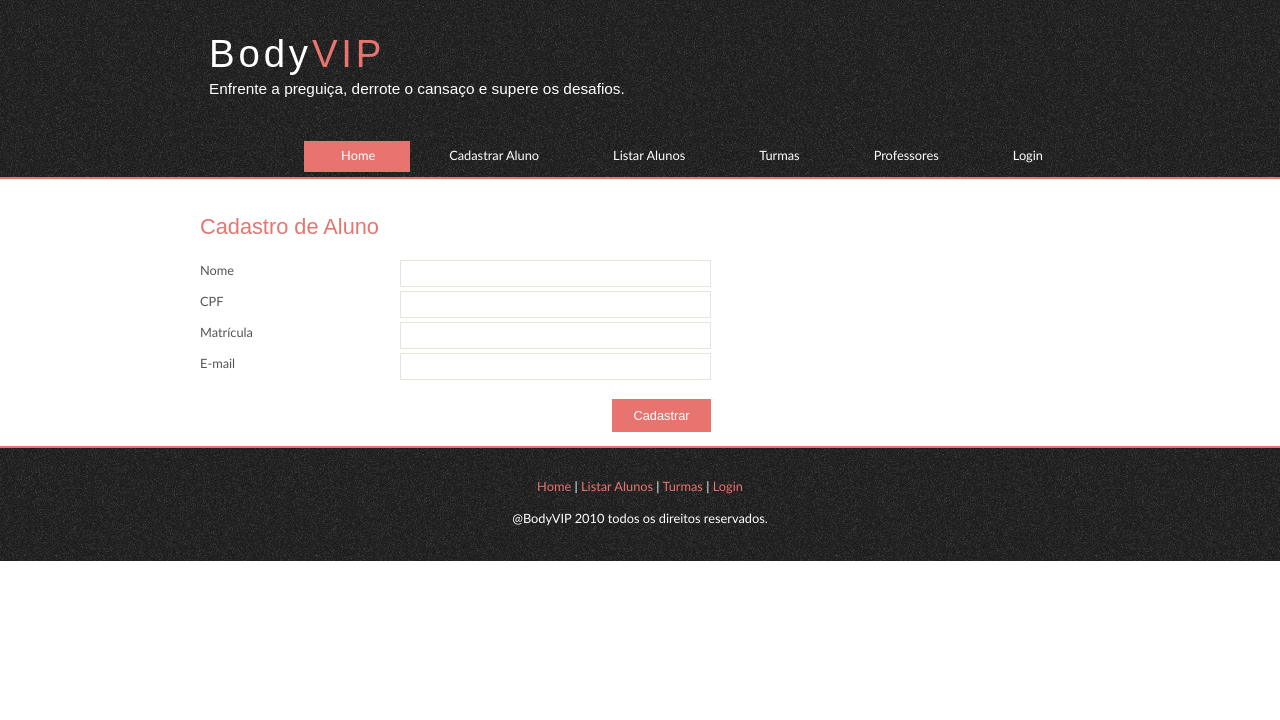
Repository: Thais-Ferreira/Projeto_bodyVIP
Page: http://localhost/BodyVIP/AlunoController?acao=cadastro
An editor plug-in stored every save of this project. The page is shown before and after the next save, followed by the edit.
The browser window is 1280 px wide. The pictures show the whole page.
The page is served by Tomcat 9. Other server files are loaded and not shown.

Above is the page before, as saved 2017-06-19 00:37:18.

### BodyVIP/WebContent/cadastro.jsp
<%@ page language="java" contentType="text/html; charset=ISO-8859-1"
    pageEncoding="ISO-8859-1"%>
<!DOCTYPE html PUBLIC "-//W3C//DTD HTML 4.01 Transitional//EN" "http://www.w3.org/TR/html4/loose.dtd">
<html>
<head>
	<meta http-equiv="Content-Type" content="text/html; charset=ISO-8859-1">
	<link rel="stylesheet" type="text/css" href="css/style.css" />
	<title>Cadastro</title>
</head>
<body>
	<div id="main">
    <div id="header">
      <div id="logo">
        <div id="logo_text">
          <!-- class="logo_colour", allows you to change the colour of the text -->
          <h1><a href="index.html">Body<span class="logo_colour">VIP</span></a></h1>
          <h2>Enfrente a preguiça, derrote o cansaço e supere os desafios.</h2>
        </div>
      </div>
      <div id="menubar">
        <ul id="menu">
          <!-- put class="selected" in the li tag for the selected page - to highlight which page you're on -->
          <li class="selected"><a href="home.jsp">Home</a></li>
          <li><a href="AlunoController?acao=cadastro">Cadastrar Aluno</a></li>
          <li><a href="AlunoController?acao=buscaLista">Listar Alunos</a></li>
          <li><a href="page.html">Turmas</a></li>
          <li><a href="another_page.html">Professores</a></li>
          <li><a href="contact.html">Login</a></li>
        </ul>
      </div>
    </div>
    <div id="content_header"></div>
    <div id="site_content">
    <h1>Cadastro de Aluno</h1>
    <div class="form_settings">
    	<form action="SalvoCadastro.jsp" method="post">
            <p><span>Nome</span><input class="contact" type="text" name="nome"/></p>
            <p><span>CPF</span><input class="contact" type="text" name="cpf"/></p>
            <p><span>Matrícula</span><input class="contact" type="text" name="matricula"/></p>
            <p><span>E-mail</span><input class="contact" type="text" name="email"/></p>
            <p style="padding-top: 15px"><span>&nbsp;</span><input class="submit" type="submit" name="enviar" value="Cadastrar" /></p>
         </form>
    </div>
    </div>
    <div id="content_footer"></div>
    <div id="footer">
      <p><a href="home.jsp">Home</a> | <a href="AlunoController?acao=buscaLista">Listar Alunos</a> | <a href="another_page.html">Turmas</a> | <a href="contact.html">Login</a></p>
      <p>@BodyVIP 2010 todos os direitos reservados.</p>
    </div>
    </div>
</body>
</html>

### BodyVIP/src/br/com/body/controller/AlunoController.java
package br.com.body.controller;

import java.io.IOException;
import java.io.PrintWriter;
import java.util.List;

import javax.servlet.RequestDispatcher;
import javax.servlet.ServletException;
import javax.servlet.annotation.WebServlet;
import javax.servlet.http.HttpServlet;
import javax.servlet.http.HttpServletRequest;
import javax.servlet.http.HttpServletResponse;

import br.com.body.entidade.Aluno;
import br.com.body.jdbc.AlunoDAO;

/**
 * Servlet implementation class AlunoController
 */
@WebServlet("/AlunoController")
public class AlunoController extends HttpServlet {
	private static final long serialVersionUID = 1L;

    /**
     * @see HttpServlet#HttpServlet()
     */
    public AlunoController() {
        super();
        // TODO Auto-generated constructor stub
    }

	/**
	 * @see HttpServlet#doGet(HttpServletRequest request, HttpServletResponse response)
	 */
	protected void doGet(HttpServletRequest request, HttpServletResponse response) throws ServletException, IOException {

		Aluno aluno = new Aluno();
		String acao = request.getParameter("acao");
		AlunoDAO alunoDAO = new AlunoDAO();

		if(acao != null && acao.equals("buscaLista")) {
			List<Aluno> listaAlunos = alunoDAO.buscaListaAlunos(aluno);

			request.setAttribute("listaAlunos", listaAlunos);
			RequestDispatcher destino = request.getRequestDispatcher("listaAlunos.jsp");
			destino.forward(request, response);

		} else if(acao != null && acao.equals("deletaCadastro")) {
			String matricula = request.getParameter("matricula");
			aluno.setMatricula(matricula);
			alunoDAO.deletaCadastroAluno(aluno);

			response.sendRedirect("AlunoController?acao=buscaLista");

		} else if(acao != null && acao.endsWith("alteraCadastro")) {
			String matricula = request.getParameter("matricula");
			Aluno alu = alunoDAO.buscaAluno(matricula);
			request.setAttribute("alu", alu);
			request.getRequestDispatcher("AlterarCadastro.jsp").forward(request, response);

		} else if(acao != null && acao.endsWith("cadastro")) {
			RequestDispatcher destino = request.getRequestDispatcher("cadastro.jsp");
			destino.forward(request, response);
		}

	}

	/**
	 * @see HttpServlet#doPost(HttpServletRequest request, HttpServletResponse response)
	 */
	protected void doPost(HttpServletRequest request, HttpServletResponse response) throws ServletException, IOException {
		//capturando parâmetros da tela
		String nome = request.getParameter("nome");
		String matricula = request.getParameter("matricula");
		String email = request.getParameter("email");

		//criando objeto aluno e atribuindo valores da tela
		Aluno aluno = new Aluno();
		aluno.setNome(nome);
		aluno.setEmail(email);
		aluno.setMatricula(matricula);

		//criando um alunoDAO
		AlunoDAO alunoDAO = new AlunoDAO();

		//salvando no banco de dados
		alunoDAO.alteraCadastroAluno(aluno);
		//PrintWriter out = response.getWriter();
		//out.println("Salvo!");
		response.sendRedirect("AlunoController?acao=buscaLista");
	}

}

### BodyVIP/src/br/com/body/entidade/Aluno.java
package br.com.body.entidade;

import java.sql.Date;

/**
 * Classe que representa um aluno.
 *
 * @author Thaís
 *
 */
public class Aluno {

	private Integer id;
	private String nome;
	private String cpf;
	private String matricula;
	private String email;
	private Date dataMatricula;

	public Integer getId() {
		return id;
	}

	public void setId(Integer id) {
		this.id = id;
	}

	public String getNome() {
		return nome;
	}

	public void setNome(String nome) {
		this.nome = nome;
	}

	public String getCpf() {
		return cpf;
	}

	public void setCpf(String cpf) {
		this.cpf = cpf;
	}
	public String getMatricula() {
		return matricula;
	}

	public void setMatricula(String matricula) {
		this.matricula = matricula;
	}

	public String getEmail() {
		return email;
	}

	public void setEmail(String email) {
		this.email = email;
	}

	public Date getDataMatricula() {
		return dataMatricula;
	}

	public void setDataMatricula(Date dataMatricula) {
		this.dataMatricula = dataMatricula;
	}


}

### BodyVIP/src/br/com/body/jdbc/AlunoDAO.java
package br.com.body.jdbc;

import java.sql.Connection;
import java.sql.PreparedStatement;
import java.sql.ResultSet;
import java.sql.SQLException;
import java.util.ArrayList;
import java.util.List;

import br.com.body.entidade.Aluno;

/**
 * Classe responsável por cadastrar, excluir, alterar e mostrar os dados de alunos através
 * de uma connexão com o banco de dados.
 *
 * @author Thaís
 *
 */
public class AlunoDAO {

	private Connection conexao = Conexao.getConnection();

	/**
	 * Método que cadastra um aluno no banco de dados.
	 */
	public void cadastroAluno(Aluno aluno) {

		String sql = "INSERT INTO aluno (nome,cpf,matricula,email,datamatricula) VALUES (?,?,?,?,?)";

		try {
			PreparedStatement preparador = conexao.prepareStatement(sql);

			preparador.setString(1, aluno.getNome());
			preparador.setString(2, aluno.getCpf());
			preparador.setString(3, aluno.getMatricula());
			preparador.setString(4, aluno.getEmail());
			preparador.setDate(5, aluno.getDataMatricula());

			preparador.execute();
			preparador.close();

			System.out.println("Aluno cadastrado com sucesso!");
		} catch (SQLException e) {
			System.out.println("Erro - " + e.getMessage());
		}

	}

	/**
	 * Método que altera o cadastro de um aluno no banco de dados.
	 */
	public void alteraCadastroAluno(Aluno aluno) {

		String sql = "UPDATE aluno SET nome = ?, email = ? WHERE matricula = ?";

		try {
			PreparedStatement preparador = conexao.prepareStatement(sql);

			preparador.setString(1, aluno.getNome());
			preparador.setString(2, aluno.getEmail());
			preparador.setString(3, aluno.getMatricula());

			preparador.execute();
			preparador.close();

			System.out.println("Cadastro alterado com sucesso!");
		} catch (SQLException e) {
			System.out.println("Erro - " + e.getMessage());
		}

	}

	/**
	 * Método que deleta o cadastro de um aluno do banco de dados.
	 */
	public void deletaCadastroAluno(Aluno aluno) {

		String sql = "DELETE FROM aluno WHERE matricula = ?";

		try {
			PreparedStatement preparador = conexao.prepareStatement(sql);

			preparador.setString(1, aluno.getMatricula());


			preparador.execute();
			preparador.close();

			System.out.println("Cadastro deletado com sucesso!");
		} catch (SQLException e) {
			System.out.println("Erro - " + e.getMessage());
		}

	}

	/**
	 * Método que retorna uma lista com os alunos cadastrados no banco de dados.
	 */
	public List<Aluno> buscaListaAlunos(Aluno aluno) {

		String sql = "SELECT * FROM aluno";
		List<Aluno> listaAlunos = new ArrayList<>();

		try {
			PreparedStatement preparador = conexao.prepareStatement(sql);
			ResultSet resultados = preparador.executeQuery();

			while(resultados.next()) {
				Aluno alu = new Aluno();
				alu.setId(resultados.getInt("id"));
				alu.setNome(resultados.getString("nome"));
				alu.setCpf(resultados.getString("cpf"));
				alu.setMatricula(resultados.getString("matricula"));
				alu.setEmail(resultados.getString("email"));
				alu.setDataMatricula(resultados.getDate("datamatricula"));

				listaAlunos.add(alu);

			}
		} catch (SQLException e) {
			System.out.println("Erro - " + e.getMessage());
		}

		return listaAlunos;

	}

	public Aluno buscaAluno(String matricula) {
		Aluno aluno = null;
		String sql = "SELECT * FROM aluno WHERE matricula = ?";

		try {
			PreparedStatement preparador = conexao.prepareStatement(sql);
			preparador.setString(1, matricula);

			ResultSet resultado = preparador.executeQuery();
			if(resultado.next()) {
				aluno = new Aluno();
				aluno.setId(resultado.getInt("id"));
				aluno.setNome(resultado.getString("nome"));
				aluno.setCpf(resultado.getString("cpf"));
				aluno.setMatricula(resultado.getString("matricula"));
				aluno.setEmail(resultado.getString("email"));
			}
			System.out.println("Aluno encontrado com sucesso!");
		} catch (SQLException e) {
			System.out.println("Erro - " + e.getMessage());
		}

		return aluno;
	}

}

### BodyVIP/src/br/com/body/jdbc/Conexao.java
package br.com.body.jdbc;

import java.sql.Connection;
import java.sql.DriverManager;
import java.sql.SQLException;

/**
 * Classe que estabelece a conexão com o banco de dados.
 *
 * @author Thaís
 *
 */
public class Conexao {

	/**
	 * Método que retorna uma conexão com o banco de dados.
	 */
	public static Connection getConnection() {

		 Connection conexao = null;

		 try {
			Class.forName("org.postgresql.Driver");
			conexao = DriverManager.getConnection("jdbc:postgresql://localhost:5432/BodyVIP","postgres","k0rr4");
			System.out.println("Conectado com sucesso!");
		} catch (SQLException e) {
			System.out.println("Erro - Conexão " + e.getMessage());
		} catch (ClassNotFoundException e) {
			System.out.println("Erro - Driver " + e.getMessage());
		}

		 return conexao;

	}

}

### BodyVIP/WebContent/css/style.css
@CHARSET "ISO-8859-1";

html
{ height: 100%;}

*
{ margin: 0;
  padding: 0;}

body
{ font: normal .80em 'trebuchet ms', arial, sans-serif;
  background: #FFF;
  color: #555;}

p
{ padding: 0 0 20px 0;
  line-height: 1.7em;}

img
{ border: 0;}

h1, h2, h3, h4, h5, h6
{ color: #E7746F;
  letter-spacing: 0em;
  padding: 0 0 5px 0;}

h1, h2, h3
{ font: normal 170% 'century gothic', arial;
  margin: 0 0 15px 0;
  padding: 15px 0 5px 0;}

h2
{ font-size: 160%;
  padding: 9px 0 5px 0;}

h3
{ font-size: 140%;
  padding: 5px 0 0 0;}

h4, h6
{ color: #009FBC;
  padding: 0 0 5px 0;
  font: normal 110% arial;
  text-transform: uppercase;}

h5, h6
{ color: #888;
  font: normal 95% arial;
  letter-spacing: normal;
  padding: 0 0 15px 0;}

a, a:hover
{ outline: none;
  text-decoration: underline;
  color: #009FBC;}

a:hover
{ text-decoration: none;}

blockquote
{ margin: 20px 0;
  padding: 10px 20px 0 20px;
  border: 1px solid #E5E5DB;
  background: #FFF;}

ul
{ margin: 2px 0 22px 17px;}

ul li
{ list-style-type: circle;
  margin: 0 0 6px 0;
  padding: 0 0 4px 5px;
  line-height: 1.5em;}

ol
{ margin: 8px 0 22px 20px;}

ol li
{ margin: 0 0 11px 0;}

.left
{ float: left;
  width: auto;
  margin-right: 10px;}

.right
{ float: right;
  width: auto;
  margin-left: 10px;}

.center
{ display: block;
  text-align: center;
  margin: 20px auto;}

#main, #logo, #menubar, #site_content, #footer
{ margin-left: auto;
  margin-right: auto;}

#header
{ background: #1d1d1d url(../imagens/pattern.png) repeat;
  border-bottom: 2px solid #E7746F;
  height: 177px;}

#banner
{ background: transparent url(../imagens/banner.jpg) no-repeat;
  width: 870px;
  height: 180px;
  margin-bottom: 20px;
  border: 5px solid #E7746F;}

#logo
{ width: 880px;
  position: relative;
  height: 140px;
  background: transparent;}

#logo #logo_text
{ position: absolute;
  top: 10px;
  left: 0;}

#logo h1, #logo h2
{ font: normal 300% 'century gothic', arial, sans-serif;
  border-bottom: 0;
  text-transform: none;
  margin: 0 0 0 9px;}

#logo_text h1, #logo_text h1 a, #logo_text h1 a:hover
{ padding: 22px 0 0 0;
  color: #FFF;
  letter-spacing: 0.1em;
  text-decoration: none;}

#logo_text h1 a .logo_colour
{ color: #E7746F;}

#logo_text a:hover .logo_colour
{ color: #FFF;}

#logo_text h2
{ font-size: 120%;
  padding: 4px 0 0 0;
  color: #FFF;}

#menubar
{ width: 880px;
  height: 46px;}

ul#menu
{ float: right;
  margin: 0;}

ul#menu li
{ float: left;
  padding: 0 0 0 9px;
  list-style: none;
  margin: 1px 2px 0 0;
  background: transparent;}

ul#menu li a
{ font: normal 100% 'trebuchet ms', sans-serif;
  display: block;
  float: left;
  height: 20px;
  padding: 6px 35px 5px 28px;
  text-align: center;
  color: #FFF;
  text-decoration: none;
  background: transparent;}

ul#menu li.selected a
{ height: 20px;
  padding: 6px 35px 5px 28px;}

ul#menu li.selected
{ margin: 1px 2px 0 0;
  background: #E7746F;}

ul#menu li.selected a, ul#menu li.selected a:hover
{ background: #E7746F;
  color: #FFF;}

ul#menu li a:hover
{ color: #FFF;
  background: #E7746F;}

#site_content
{ width: 880px;
  overflow: hidden;
  margin: 20px auto 0 auto;
  padding: 0 0 10px 0;}

#sidebar_container
{ float: right;
  width: 224px;}

.sidebar_top
{ width: 222px;
  height: 14px;
  background: transparent url(../imagens/side_top.png) no-repeat;}

.sidebar_base
{ width: 222px;
  height: 14px;
  background: url(../imagens/side_base.png) no-repeat;}

.sidebar
{ float: right;
  width: 222px;
  padding: 0;
  margin: 0 0 16px 0;}

.sidebar_item
{ background: url(../imagens/side_back.png) repeat-y;
  padding: 0 15px;
  width: 192px;}

.sidebar li a.selected
{ color: #444;}

.sidebar ul
{ margin: 0;}

#content
{ text-align: left;
  width: 620px;
  padding: 0 0 0 5px;
  float: left;}

#content ul
{ margin: 2px 0 22px 0px;}

#content ul li, .sidebar ul li
{ list-style-type: none;
  background: url(../imagens/bullet.png) no-repeat;
  margin: 0 0 0 0;
  padding: 0 0 4px 25px;
  line-height: 1.5em;}

#footer
{ width: 100%;
  font-family: 'trebuchet ms', sans-serif;
  font-size: 100%;
  height: 80px;
  padding: 28px 0 5px 0;
  text-align: center;
  background: transparent url(../imagens/pattern.png) repeat;
  border-top: 2px solid #E7746F;
  color: #FFF;}

#footer p
{ line-height: 1.7em;
  padding: 0 0 10px 0;}

#footer a
{ color: #E7746F;
  text-decoration: none;}

#footer a:hover
{ color: #FFF;
  text-decoration: none;}

.search
{ color: #5D5D5D;
  border: 1px solid #BBB;
  width: 134px;
  padding: 4px;
  font: 100% arial, sans-serif;}

.form_settings
{ margin: 15px 0 0 0;}

.form_settings p
{ padding: 0 0 4px 0;}

.form_settings span
{ float: left;
  width: 200px;
  text-align: left;}

.form_settings input, .form_settings textarea
{ padding: 5px;
  width: 299px;
  font: 100% arial;
  border: 1px solid #E5E5DB;
  background: #FFF;
  color: #47433F;}

.form_settings .submit
{ font: 100% arial;
  border: 0;
  width: 99px;
  margin: 0 0 0 212px;
  height: 33px;
  padding: 2px 0 3px 0;
  cursor: pointer;
  background: #E7746F;
  color: #FFF;}

.form_settings textarea, .form_settings select
{ font: 100% arial;
  width: 299px;}

.form_settings select
{ width: 310px;}

.form_settings .checkbox
{ margin: 4px 0;
  padding: 0;
  width: 14px;
  border: 0;
  background: none;}

.separator
{ width: 100%;
  height: 0;
  border-top: 1px solid #D9D5CF;
  border-bottom: 1px solid #FFF;
  margin: 0 0 20px 0;}

table
{ margin: 10px 0 30px 0;}

table tr th, table tr td
{ background: #E7746F;
  color: #FFF;
  padding: 7px 4px;
  text-align: left;}

table tr td
{ background: #E5E5DB;
  color: #47433F;
  border-top: 1px solid #FFF;}

After the next save:
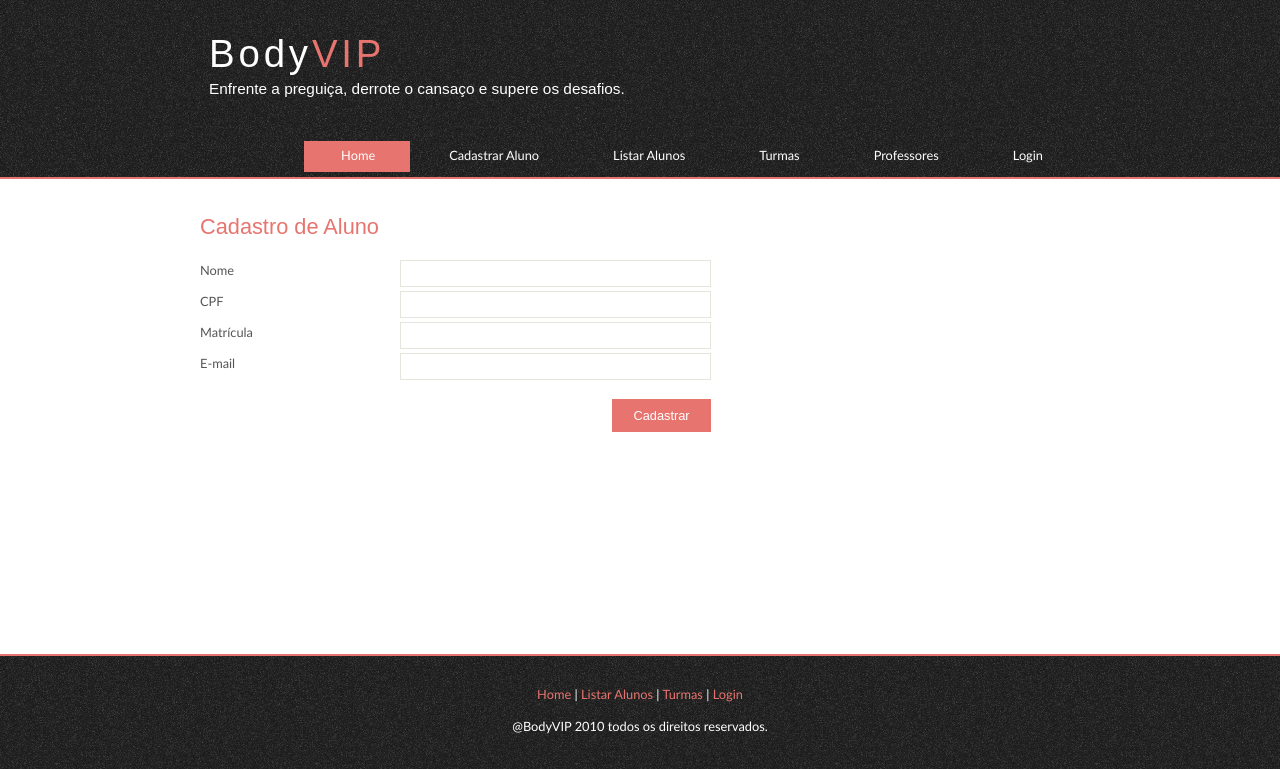
Saved 61 s later.
--- a/BodyVIP/WebContent/cadastro.jsp
+++ b/BodyVIP/WebContent/cadastro.jsp
@@ -42,6 +42,7 @@
          </form>
     </div>
     </div>
+    <br><br><br><br><br><br><br><br><br><br><br><br><br>
     <div id="content_footer"></div>
     <div id="footer">
       <p><a href="home.jsp">Home</a> | <a href="AlunoController?acao=buscaLista">Listar Alunos</a> | <a href="another_page.html">Turmas</a> | <a href="contact.html">Login</a></p>
